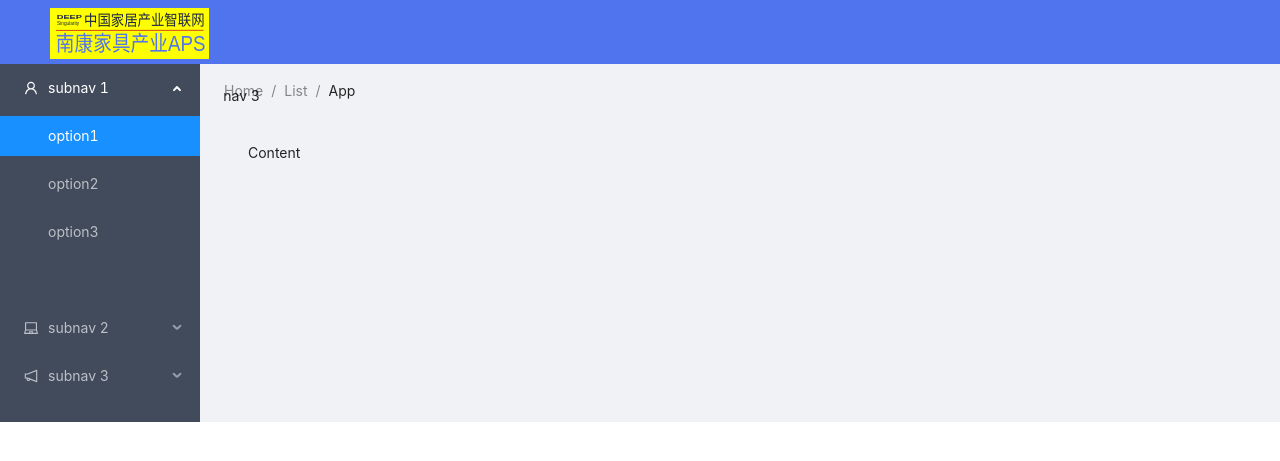
Repository: Vsran/management
Page: /main
The author's editor kept a copy of each file at every save. The page is drawn from the files as they stood at one save, then again after the next save.
The browser window is 1280 px wide. The pictures show the whole page.
The project was rebuilt for these pictures with package versions that can differ from the ones it lists, and the page was loaded fresh each time. Also part of the build but not shown: src/pages/login.js, src/pages/register/index.js.

Above is the page before, as saved 2021-02-19 14:37:14.

### public/index.html
<!DOCTYPE html>
<html lang="en">
  <head>
    <meta charset="utf-8" />
    <link rel="icon" href="%PUBLIC_URL%/favicon.ico" />
    <meta name="viewport" content="width=device-width, initial-scale=1" />
    <meta name="theme-color" content="#000000" />
    <meta
      name="description"
      content="Web site created using create-react-app"
    />
    <link rel="apple-touch-icon" href="%PUBLIC_URL%/logo192.png" />
    <!--
      manifest.json provides metadata used when your web app is installed on a
      user's mobile device or desktop. See https://developers.google.com/web/fundamentals/web-app-manifest/
    -->
    <link rel="manifest" href="%PUBLIC_URL%/manifest.json" />
    <!--
      Notice the use of %PUBLIC_URL% in the tags above.
      It will be replaced with the URL of the `public` folder during the build.
      Only files inside the `public` folder can be referenced from the HTML.

      Unlike "/favicon.ico" or "favicon.ico", "%PUBLIC_URL%/favicon.ico" will
      work correctly both with client-side routing and a non-root public URL.
      Learn how to configure a non-root public URL by running `npm run build`.
    -->
    <title>management</title>
  </head>
  <body>
    <noscript>You need to enable JavaScript to run this app.</noscript>
    <div id="root"></div>
    <!--
      This HTML file is a template.
      If you open it directly in the browser, you will see an empty page.

      You can add webfonts, meta tags, or analytics to this file.
      The build step will place the bundled scripts into the <body> tag.

      To begin the development, run `npm start` or `yarn start`.
      To create a production bundle, use `npm run build` or `yarn build`.
    -->
  </body>
</html>

### src/index.js
import React from "react";
import ReactDOM from "react-dom";
import reportWebVitals from "./reportWebVitals";
import App from "./App";
import { Provider } from "react-redux";
import { store } from './redux/store';

ReactDOM.render(
  <React.StrictMode>
    <Provider store={store}>
      <App />
    </Provider>
  </React.StrictMode>,
  document.getElementById("root")
);

// If you want to start measuring performance in your app, pass a function
// to log results (for example: reportWebVitals(console.log))
// or send to an analytics endpoint. Learn more: https://bit.ly/CRA-vitals
reportWebVitals();

### src/App.js
import {
  BrowserRouter as Router,
  Switch,
  Route,
} from 'react-router-dom';
import LogIn from "./pages/login";
import Register from "./pages/register";

import "antd/dist/antd.css";
import { renderRoute } from 'react-router-config';
import UserLayOut from './components/layout/userLayout';

function Authorized() {

}
const routes = [
  {
    component: () => <div>Root</div>,
    routes: [
      {
        path: '/',
        label: '首页',
        exact: true,
        component: () => <div>home</div>
      },

    ]
  }
]

export default function App() {
  return (
    <Router>
      <Switch>
        <Route path='/register'>
          <Register/>
        </Route>
        <Route path='/login'>
          <LogIn />
        </Route>
        <Route path='/main'>
         <UserLayOut/>
        </Route>
      </Switch>
    </Router>
  );
}

### src/redux/store.js
import { createStore, applyMiddleware } from "redux";
import logger from "redux-logger";
import { logReducer } from "./reducer";

export let store = createStore(logReducer, applyMiddleware(logger));

### src/components/layout/userLayout.js
import { Layout, Menu, Breadcrumb } from 'antd';
import { UserOutlined, LaptopOutlined, NotificationOutlined } from '@ant-design/icons';
import { Link } from 'react-router-dom';
import icon from '../../imgs/icon.svg';
import './userLayout.scss';
const { SubMenu } = Menu;
const { Header, Content, Sider } = Layout;
export default () =>(
  <Layout>
    <Header className="header">
      <div className="logo" />
      <img src={icon}/>
      <Menu theme="light" mode="horizontal" defaultSelectedKeys={['2']}>
        <Menu.Item key="1">nav 1</Menu.Item>
        <Menu.Item key="2">nav 2</Menu.Item>
        <Menu.Item key="3">nav 3</Menu.Item>
      </Menu>
    </Header>
    <Layout>
      <Sider width={200} className="site-layout-background">
        <Menu
          mode="inline"
          defaultSelectedKeys={['1']}
          defaultOpenKeys={['sub1']}
          style={{ height: '100%', borderRight: 0 }}
          theme="dark"
        >
          <SubMenu key="sub1" icon={<UserOutlined />} title="subnav 1">
            <Menu.Item key="1"><Link to='/main/sub1/option1'>option1</Link></Menu.Item>
            <Menu.Item key="2"><Link to='/main/sub1/option2'>option2</Link></Menu.Item>
            <Menu.Item key="3"><Link to='/main/sub1/option3'>option3</Link></Menu.Item>
            <Menu.Item key="4"><Link to='/main/sub1/option4'></Link></Menu.Item>
          </SubMenu>
          <SubMenu key="sub2" icon={<LaptopOutlined />} title="subnav 2">
            <Menu.Item key="5"><Link to='/main/sub2/option5'>option5</Link></Menu.Item>
            <Menu.Item key="6">option6</Menu.Item>
            <Menu.Item key="7">option7</Menu.Item>
            <Menu.Item key="8">option8</Menu.Item>
          </SubMenu>
          <SubMenu key="sub3" icon={<NotificationOutlined />} title="subnav 3">
            <Menu.Item key="9">option9</Menu.Item>
            <Menu.Item key="10">option10</Menu.Item>
            <Menu.Item key="11">option11</Menu.Item>
            <Menu.Item key="12">option12</Menu.Item>
          </SubMenu>
        </Menu>
      </Sider>
      <Layout style={{ padding: '0 24px 24px' }}>
        <Breadcrumb style={{ margin: '16px 0' }}>
          <Breadcrumb.Item>Home</Breadcrumb.Item>
          <Breadcrumb.Item>List</Breadcrumb.Item>
          <Breadcrumb.Item>App</Breadcrumb.Item>
        </Breadcrumb>
        <Content
          className="site-layout-background"
          style={{
            padding: 24,
            margin: 0,
            minHeight: 280,
          }}
        >
          Content
        </Content>
      </Layout>
    </Layout>
  </Layout>
);

### src/redux/reducer.js
export function logReducer(state = { logged: false }, action) {
  switch (action.type) {
    case "logIn":
      return { logged: true };
    case "logOut":
      return { logged: false };
    default:
      return state;
  }
}

### src/components/layout/userLayout.scss
img{
    width: auto;
    height: 80%;
    background: rgba(255, 255, 0.8);
}
.ant-layout-header{
    background: rgb(80, 116, 238);
}
.ant-menu-dark .ant-menu-inline.ant-menu-sub {
    background: #414b5b;
}
.ant-menu.ant-menu-dark{
    background:#414b5b;
}

Loaded but not shown: src/reportWebVitals.js (common file); src/pages/register/index.scss (no stored copy; drawn as an empty file)

After the next save:
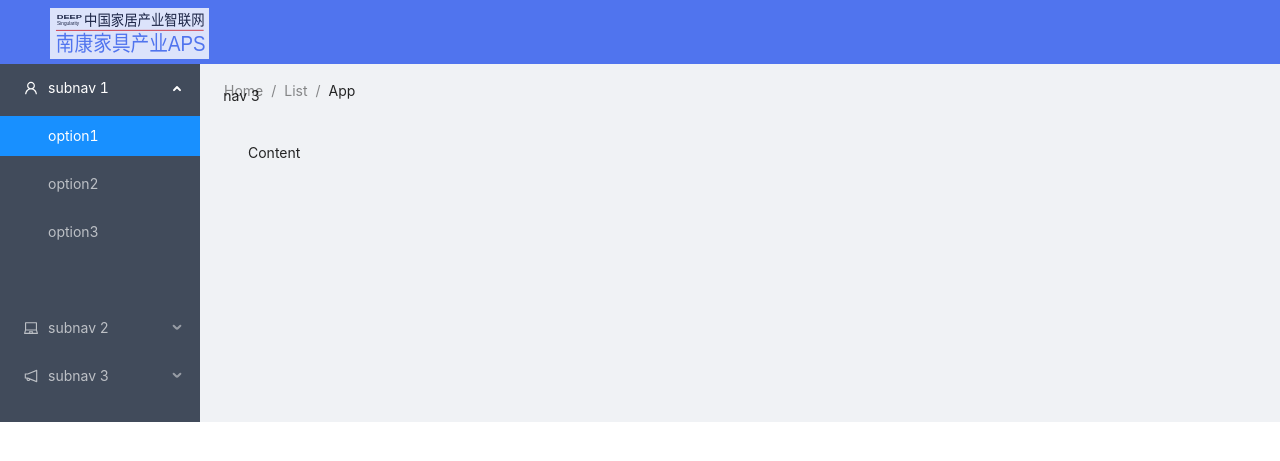
Saved 12 s later.
--- a/src/components/layout/userLayout.scss
+++ b/src/components/layout/userLayout.scss
@@ -1,7 +1,7 @@
 img{
     width: auto;
     height: 80%;
-    background: rgba(255, 255, 0.8);
+    background: rgba(255, 255, 255, 0.8);
 }
 .ant-layout-header{
     background: rgb(80, 116, 238);
